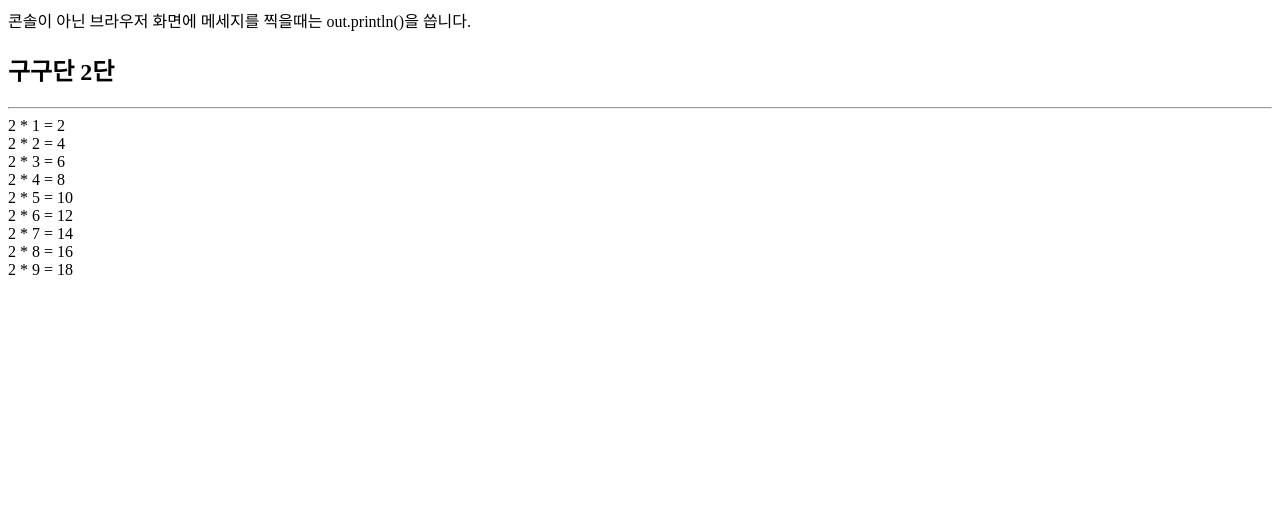
Repository: limbbbyoung/JSP_practice
Page: http://localhost/JSPbasic/jsptag/scriptlet.jsp
These files come from the project's save history. The page is drawn as it stood at one moment and after the next save; the edit follows.
The browser window is 1280 px wide. The pictures show the whole page.
The page is served by Tomcat 9.

Above is the page before, as saved 2022-03-22 11:35:09.

After the next save:
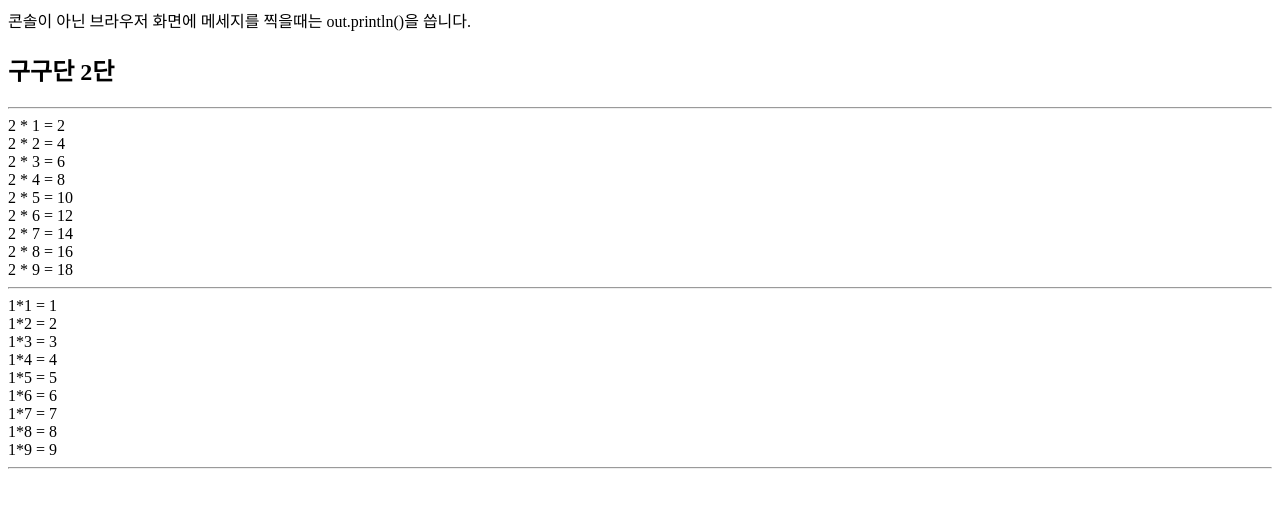
Saved 11 min 35 s later.
--- a/JSPbasic/src/main/webapp/jsptag/scriptlet.jsp
+++ b/JSPbasic/src/main/webapp/jsptag/scriptlet.jsp
@@ -16,6 +16,21 @@
         	out.println("2 * " + i + " = " + 2*i +"<br/>");
         }
      %>
+     <hr/>
+     <!-- 반복문과 조건문을 이용하여 구구단 홀수단(3, 5, 7, 9)을 화면에 출력해주세요. -->
+     <%
+        // 구구단 홀수단
+        for(int i =1; i < 10; i++){
+        	if(i%2==0){
+        		break;
+        	}
+        	for(int j = 1; j < 10; j++){
+        		out.println(i + "*" + j + " = " + i * j + "<br/>");
+        	}
+        	out.println("<hr/>");
+        }
+
+     %>
 
 
 </body>
